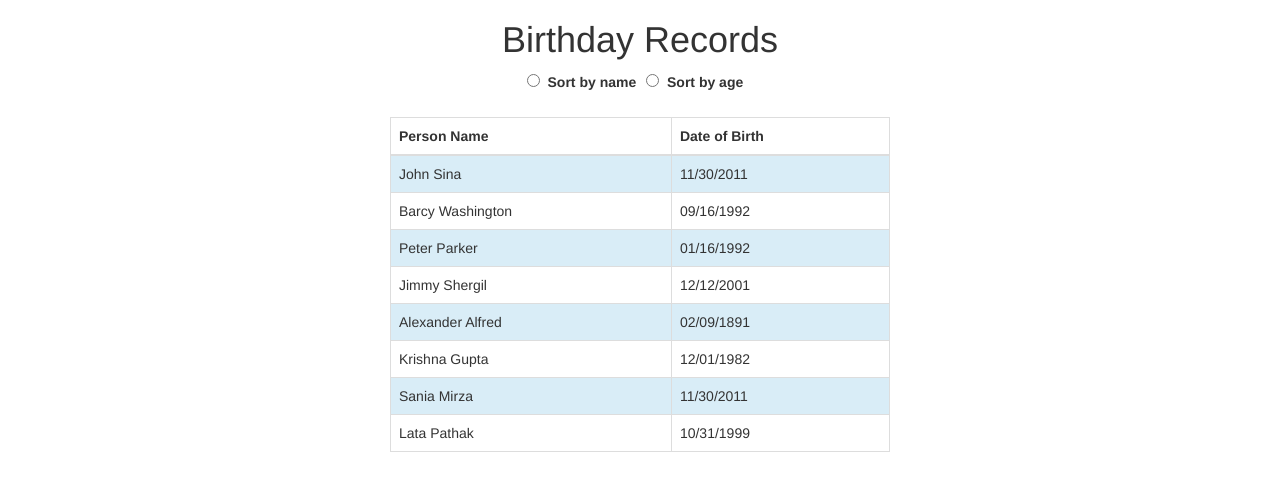
Repository: VivekCreative/birthday-project
Page: /
An editor plug-in stored every save of this project. The page is shown before and after the next save, followed by the edit.
The browser window is 1280 px wide. The pictures show the whole page.
The project was rebuilt for these pictures with package versions that can differ from the ones it lists, and the page was loaded fresh each time.

Above is the page before, as saved 2020-07-29 20:08:09.

After the next save:
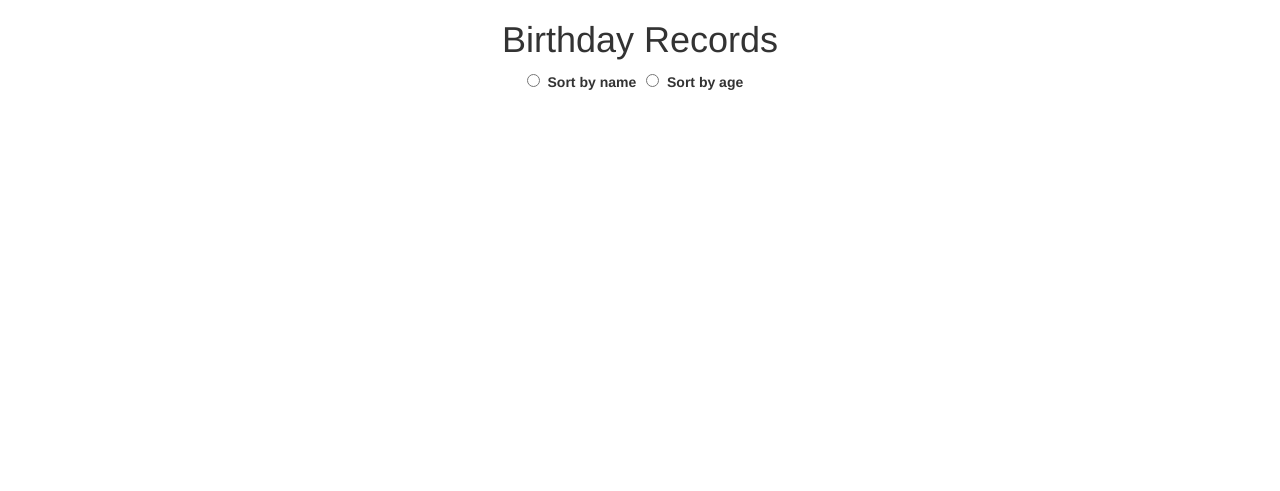
Saved 7 min 8 s later.
--- a/src/App.js
+++ b/src/App.js
@@ -21,7 +21,7 @@ class App extends Component {
           <h1>Birthday Records</h1>
         </center>
         <Radio />
-        <Table />
+
       </div>
 );
 
